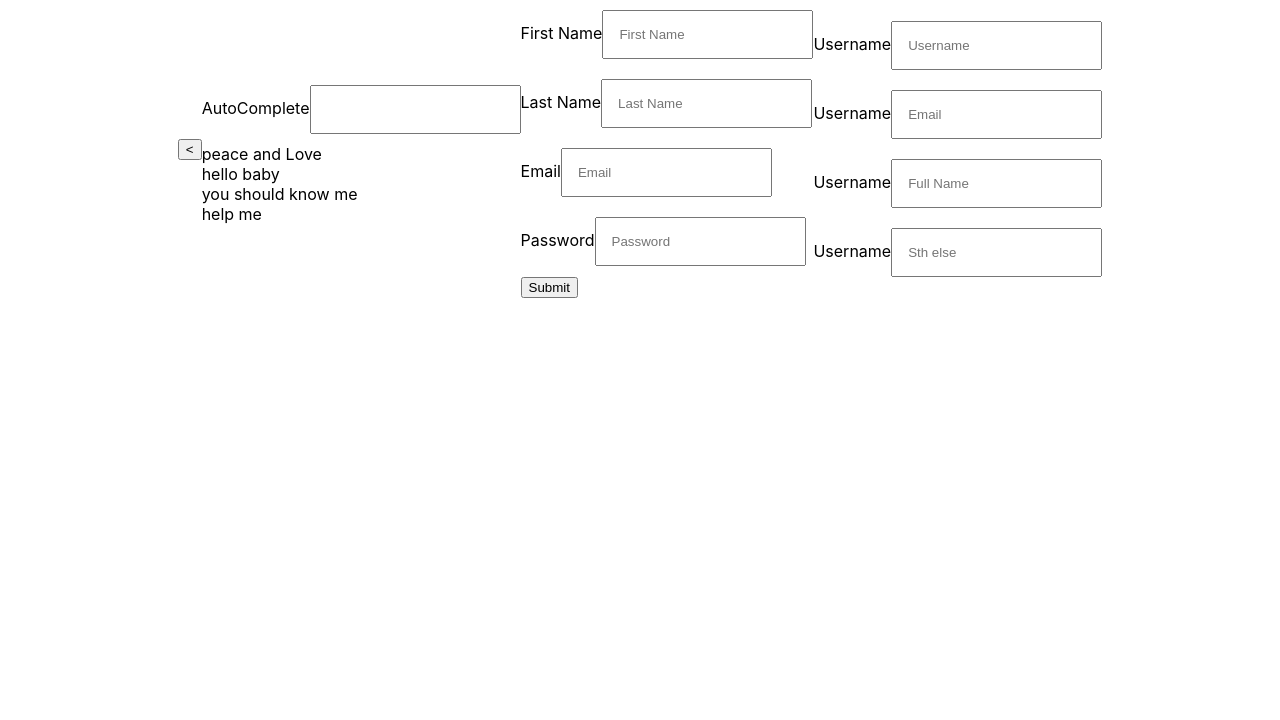
Repository: Jimmy-Lu-iK/Demo-UI
Page: /
These files come from the project's save history. The page is drawn as it stood at one moment and after the next save; the edit follows.
The browser window is 1280 px wide. The pictures show the whole page.
The project was rebuilt for these pictures with package versions that can differ from the ones it lists, and the page was loaded fresh each time. Also part of the build but not shown: src/components/Option.js, src/Js/ArrayBuiltIn.js, src/Js/Word.js.

Above is the page before, as saved 2023-02-12 19:42:15.

### src/App.js
import './App.css';
import AutoComplete from './components/AutoComplete';
import Dropdown from './components/Dorpdown';
import Form from './components/Form';
import FormValidate from './components/FormValidate';
import ArrayBuiltIn from './Js/ArrayBuiltIn';
import Word from './Js/Word';

const App = () => {
  return <div className='app'>
    <Dropdown />
    <AutoComplete />
    <FormValidate />
    <Form />
    {/* <ArrayBuiltIn /> */}
    {/* <Word sentence="hello my name hello is Jinming I want to make friend with you let us to be good friends forever"/> */}
  </div>
};


export default App;

### src/App.css
.app {
  display: flex;
  align-items: center;
  justify-content: center;
  height: ;
}

### src/components/AutoComplete.js
import { useState } from "react"

function AutoComplete() {
  const [value, setValue] = useState('')

  const filmList = ['peace and Love',' hello baby', 'you should know me', 'help me']

  const handleChange = (e) => {
    setValue(e.target.value)
  }

  const handleClick = (film) => {
    setValue(film)
  }

  const filteredFilms = filmList.filter((film) => {
    return film.toLowerCase().includes(value.toLowerCase())
  })

  const content= filteredFilms.map((film,index) => {
    return <div key={index} onClick={()=>handleClick(film)}>{film}</div>
  })


  return <div>
    AutoComplete
    <input value={value} onChange={handleChange} />
    <div>
      {content}
    </div>
  </div>
}

export default AutoComplete

### src/components/Dorpdown.js
import { useState } from "react"
import Option from "./Option"

function Dropdown() {
  const [options, setOptions] = useState(['item1','item2'])
  const [select, setSelect] = useState('')
  const [open, setOpen] = useState(false)
  const [add, setAdd] = useState(false)
  const [value, setValue] = useState('')

  const handleChoose = (option) => {
    setSelect(option)
    setOpen(false)
  }

  const handleAdd = (event) => {
    console.log(event)
    setAdd(true)
  }

  const handleChange = (e) => {
    setValue(e.target.value)
  }

  const hanldeSubmit = (e) => {
    e.preventDefault();
    setOptions([...options, value])
    setAdd(false)
  }

  const hanldeOpen = () => {
    setOpen(!open)
  }

  const hanldeEdit = (option,index,newValue) => {
    let newOptions = [...options]

    if(newValue) {
      newOptions[index] = newValue
      setOptions(newOptions)
    } else {
      let newNewOption = newOptions.slice(0,index).concat(newOptions.slice(index+1,newOptions.length-1))
      setOptions(newNewOption)
    }
  }

  const displayContent = <div>{select} <button onClick={hanldeOpen}>{'<'}</button></div>

  const optionsContent = options.map((option,index) => {
    return <Option
            option={option}
            index={index}
            key={option}
            handleChoose={handleChoose}
            handleEdit={hanldeEdit}
          />
  })

  const addContent = add
    ? <form onSubmit={hanldeSubmit}><label>New</label><input value={value} onChange={handleChange}></input><button>Add</button></form>
    : <li onClick={handleAdd}>Add</li>

  return <div>
    {displayContent}
    {open && optionsContent}
    {open && addContent}
  </div>
}

export default Dropdown

### src/components/Form.js
import FormInput from "./FormInput";

function Form() {
  return <div>
    <form className='input-form'>
      <FormInput placeholder="Username"/>
      <FormInput placeholder="Email"/>
      <FormInput placeholder="Full Name"/>
      <FormInput placeholder="Sth else"/>
    </form>
  </div>
}

export default Form;

### src/components/FormValidate.js
import { useState } from "react"
import validator from 'validator';

function FormValidate() {
  const [firstName, setFirstName] = useState('')
  const [lastName, setLastNamee] = useState('')
  const [email, setEmail] = useState('')
  const [password, setPassword] = useState('')

  const handleSubmit = (e) => {
    e.preventDefault();

    const validation = validator.isEmail(email)
    if(validation) {
      alert('success!')
    } else {
      alert('fail!')
    }
  }

  const handleFN = (e) => {
    setFirstName(e.target.value)
  }

  const handleLN = (e) => {
    setLastNamee(e.target.value)
  }

  const handleEmail = (e) => {
    setEmail(e.target.value)
  }

  const handlePassword = (e) => {
    setPassword(e.target.value)
  }

  return (
    <div>
      <form style={{display: 'flex-column'}} onSubmit={handleSubmit}>
        <div>
          <label>First Name</label>
          <input placeholder='First Name' type="text" value={firstName} onChange={handleFN} />
        </div>
        <div>
          <label>Last Name</label>
          <input placeholder='Last Name' type="text" value={lastName} onChange={handleLN} />
        </div>
        <div>
          <label>Email</label>
          <input placeholder='Email' type="text" value={email} onChange={handleEmail} />
        </div>
        <div>
          <label>Password</label>
          <input placeholder='Password' type="text" value={password} onChange={handlePassword} />
        </div>
        <button type='submit'>Submit</button>
      </form>
    </div>
  )
}

export default FormValidate

### src/components/FormInput.js
import './FormInput.css'

function FormInput(props) {
  return <div className="formInput">
    <label>Username</label>
    <input placeholder={props.placeholder}/>
  </div>
}

export default FormInput

### src/components/FormInput.css
input {
  padding: 15px;
  margin: 10px 0;
}

Loaded but not shown: public/index.html (common file); src/index.js (common file); src/index.css (common file)

After the next save:
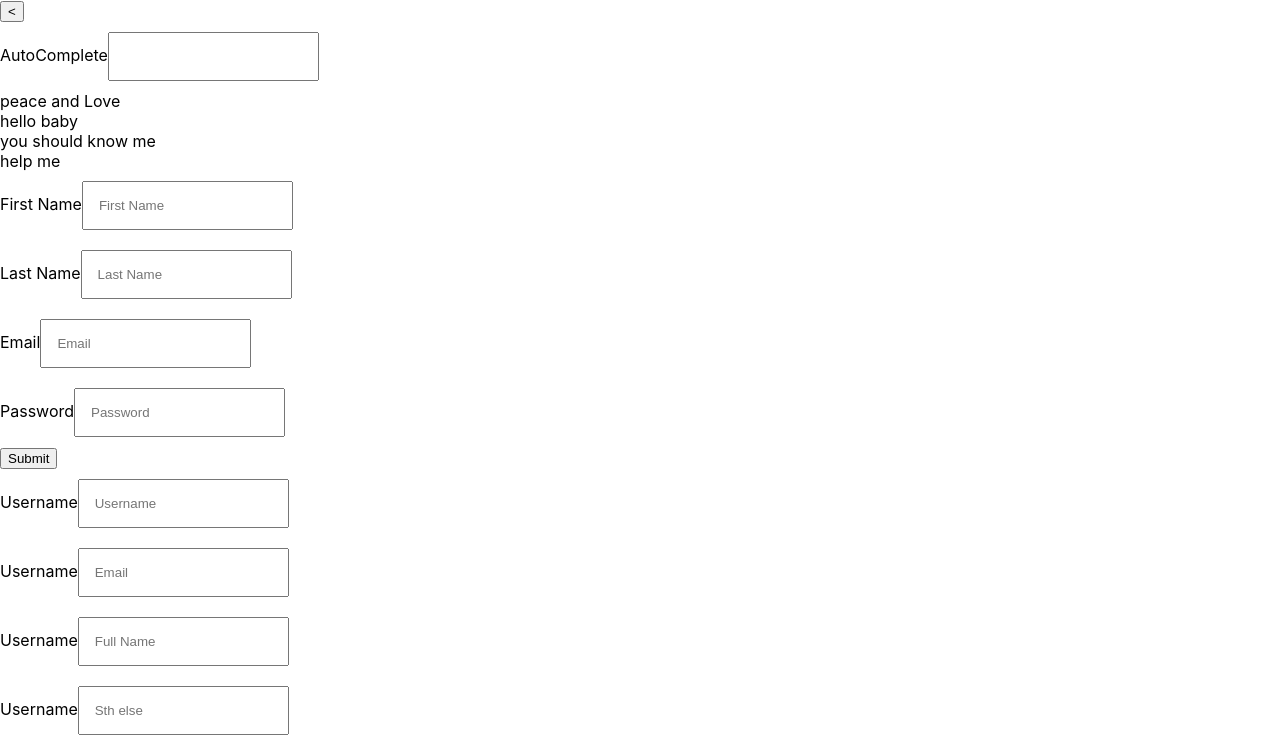
Saved 15 s later.
--- a/src/App.css
+++ b/src/App.css
@@ -1,6 +1,5 @@
 .app {
-  display: flex;
   align-items: center;
   justify-content: center;
-  height: ;
+  height: 100vh;
 }
